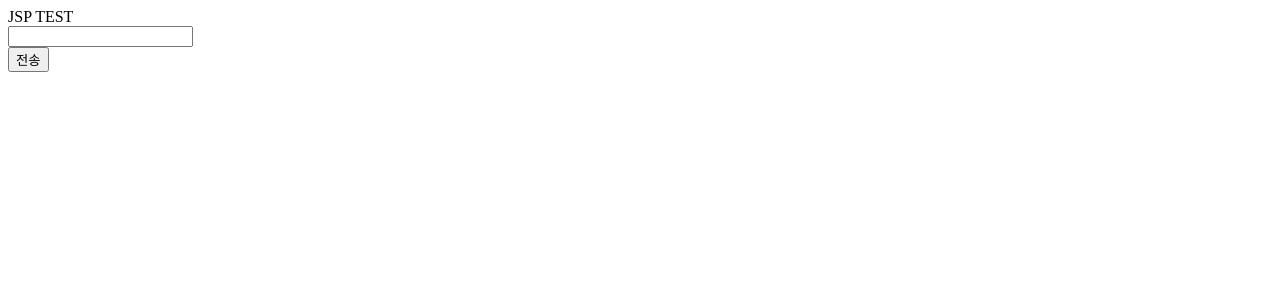
Repository: sontaku/learning_js
Page: http://localhost/form_jsp/form_res.jsp
These files come from the project's save history. The page is drawn as it stood at one moment and after the next save; the edit follows.
The browser window is 1280 px wide. The pictures show the whole page.
The page is served by Tomcat 9.

Above is the page before, as saved 2021-03-04 06:19:15.

### ajax/form_jsp/WebContent/form_res.jsp
<%@ page language="java" contentType="text/html; charset=EUC-KR"
    pageEncoding="EUC-KR"%>
<!DOCTYPE html>
<html>
<head>
<meta charset="EUC-KR">
<title>Insert title here</title>
</head>
<body>

JSP TEST
  <form action="http://localhost:8081/form_jsp/form_res.jsp">
        <input type="text" name="query" id="네이버"><br>

        <!--중복 text 검색창은 첫번째꺼 이외 무효함-->
        <!-- 하지만 내용은 전송이 됨 -> query=111&query2=222 -->
        <input type="submit" value="전송">
        <!-- 2개 이상 검색창은 submit -->
    </form>
</body>
</html>

After the next save:
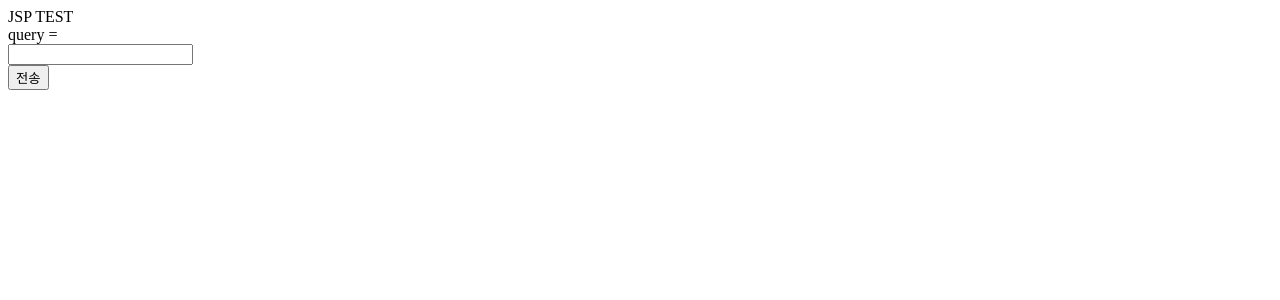
Saved 2 min 40 s later.
--- a/ajax/form_jsp/WebContent/form_res.jsp
+++ b/ajax/form_jsp/WebContent/form_res.jsp
@@ -8,7 +8,8 @@
 </head>
 <body>
 
-JSP TEST
+JSP TEST <br>
+query = ${param.query}
   <form action="http://localhost:8081/form_jsp/form_res.jsp">
         <input type="text" name="query" id="네이버"><br>
 
